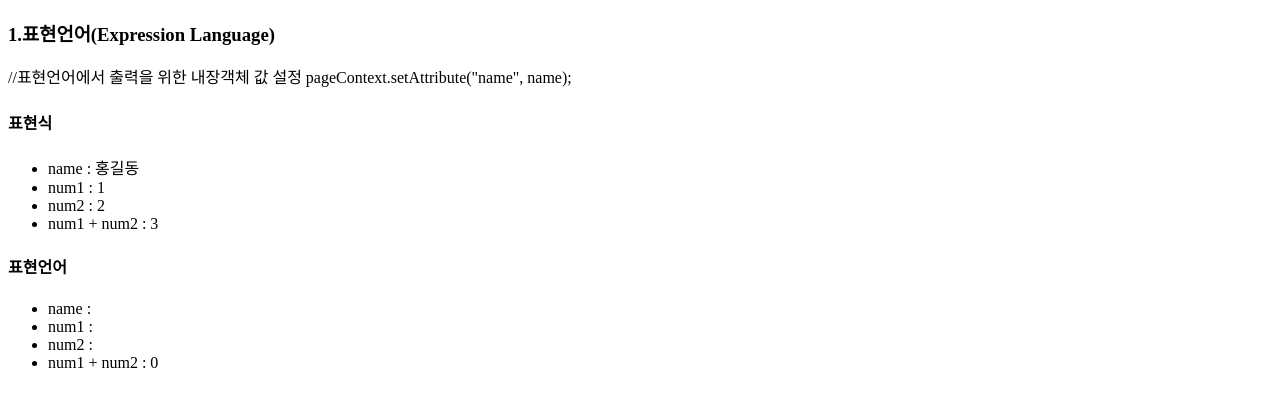
Repository: donghobu/JSP
Page: http://localhost/Ch11/11-1.jsp
An editor plug-in stored every save of this project. The page is shown before and after the next save, followed by the edit.
The browser window is 1280 px wide. The pictures show the whole page.
The page is served by Tomcat 9. The template is opened directly, without the code that normally fills it, so the values that code supplies are empty.

Above is the page before, as saved 2020-07-13 01:18:14.

### Ch11/WebContent/11-1.jsp
<%@ page contentType="text/html;charset=UTF-8" pageEncoding="UTF-8"%>
<!DOCTYPE html>
<html>
<head>
<meta charset="UTF-8">
<title>11-1</title>
</head>
<body>
	<h3>1.표현언어(Expression Language)</h3>
	<%
		String name = "홍길동";
		int num1 = 1;
		int num2 = 2;
	%>

		//표현언어에서 출력을 위한 내장객체 값 설정
		pageContext.setAttribute("name", name);

	<h4>표현식</h4>
	<ul>
		<li>name : <%= name %></li>
		<li>num1 : <%= num1 %></li>
		<li>num2 : <%= num2 %></li>
		<li>num1 + num2 : <%= num1 + num2 %></li>
	</ul>

		<h4>표현언어</h4>
	<ul>
		<li>name : ${name}</li>
		<li>num1 : ${num1}</li>
		<li>num2 : ${num2}</li>
		<li>num1 + num2 : ${num1+num2}</li>
	</ul>

</body>
</html>

After the next save:
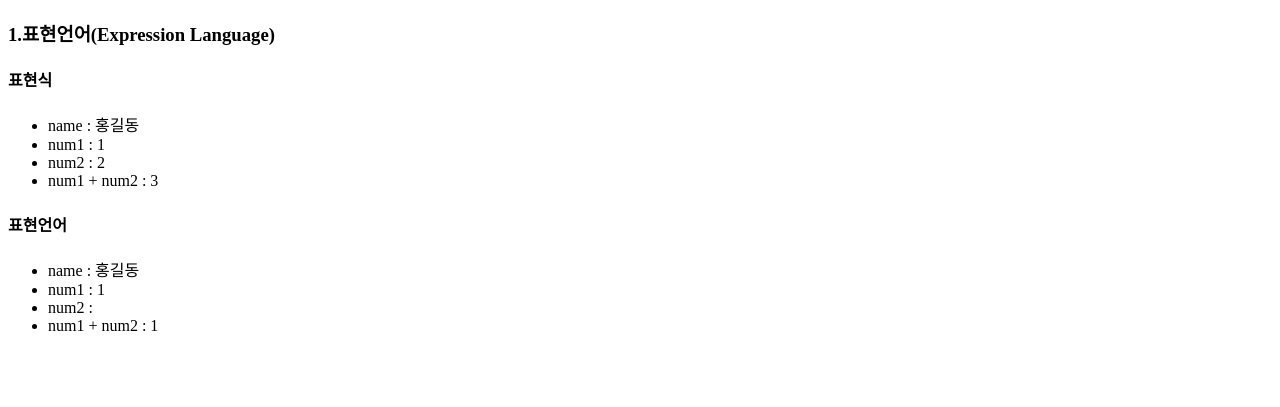
Saved 26 s later.
--- a/Ch11/WebContent/11-1.jsp
+++ b/Ch11/WebContent/11-1.jsp
@@ -11,10 +11,12 @@
 		String name = "홍길동";
 		int num1 = 1;
 		int num2 = 2;
-	%>
+
 
 		//표현언어에서 출력을 위한 내장객체 값 설정
 		pageContext.setAttribute("name", name);
+		request.setAttribute("num1", num1);
+		%>
 
 	<h4>표현식</h4>
 	<ul>
